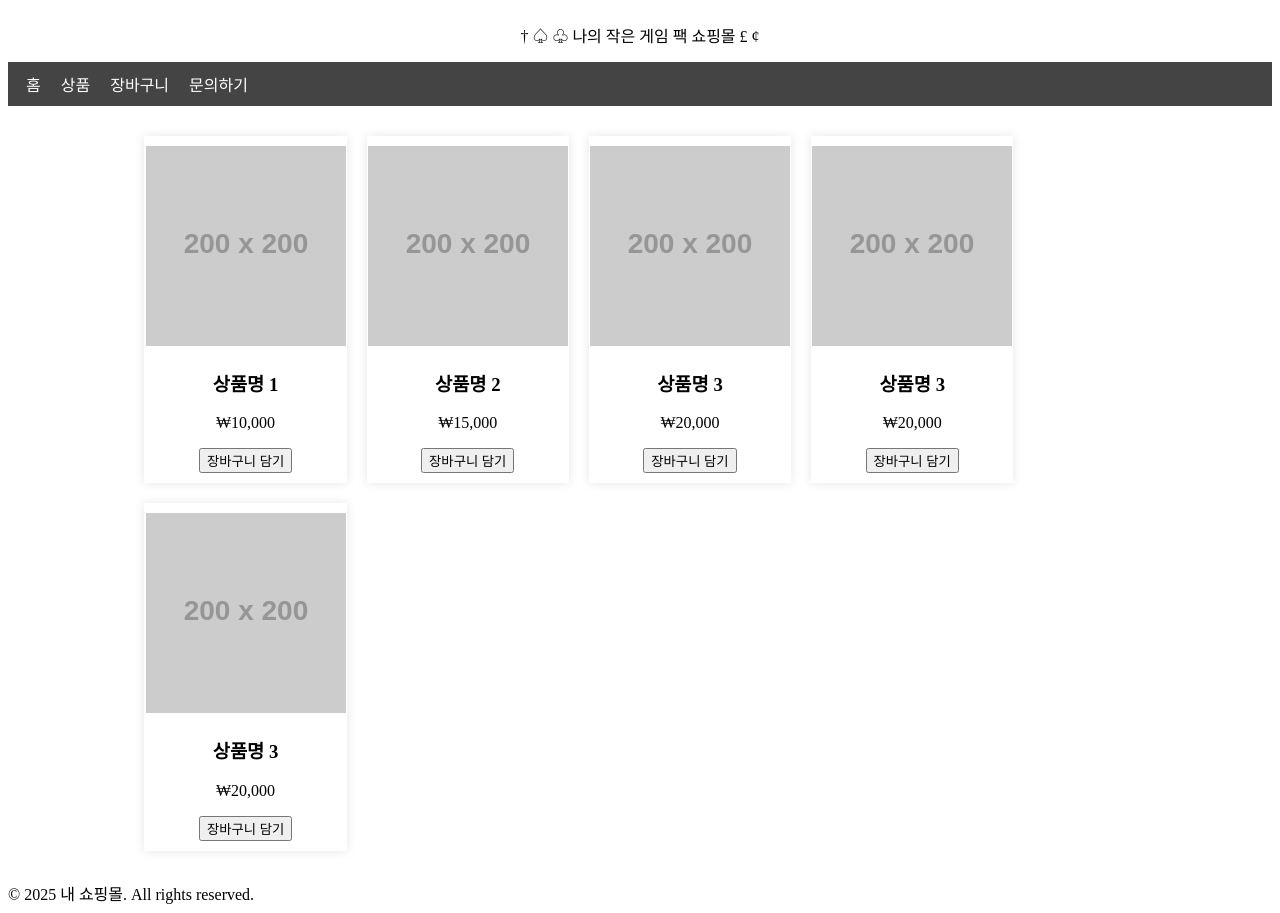
Repository: SeungYeon04/A_AssetsJSP
Page: http://localhost/JSP_Start01/
The author's editor kept a copy of each file at every save. The page is drawn from the files as they stood at one save, then again after the next save.
The browser window is 1280 px wide. The pictures show the whole page.
Some web fonts or font styles are not loaded; a fallback is used. The page is served by Tomcat 9.

Above is the page before, as saved 2025-03-11 06:01:01.

After the next save:
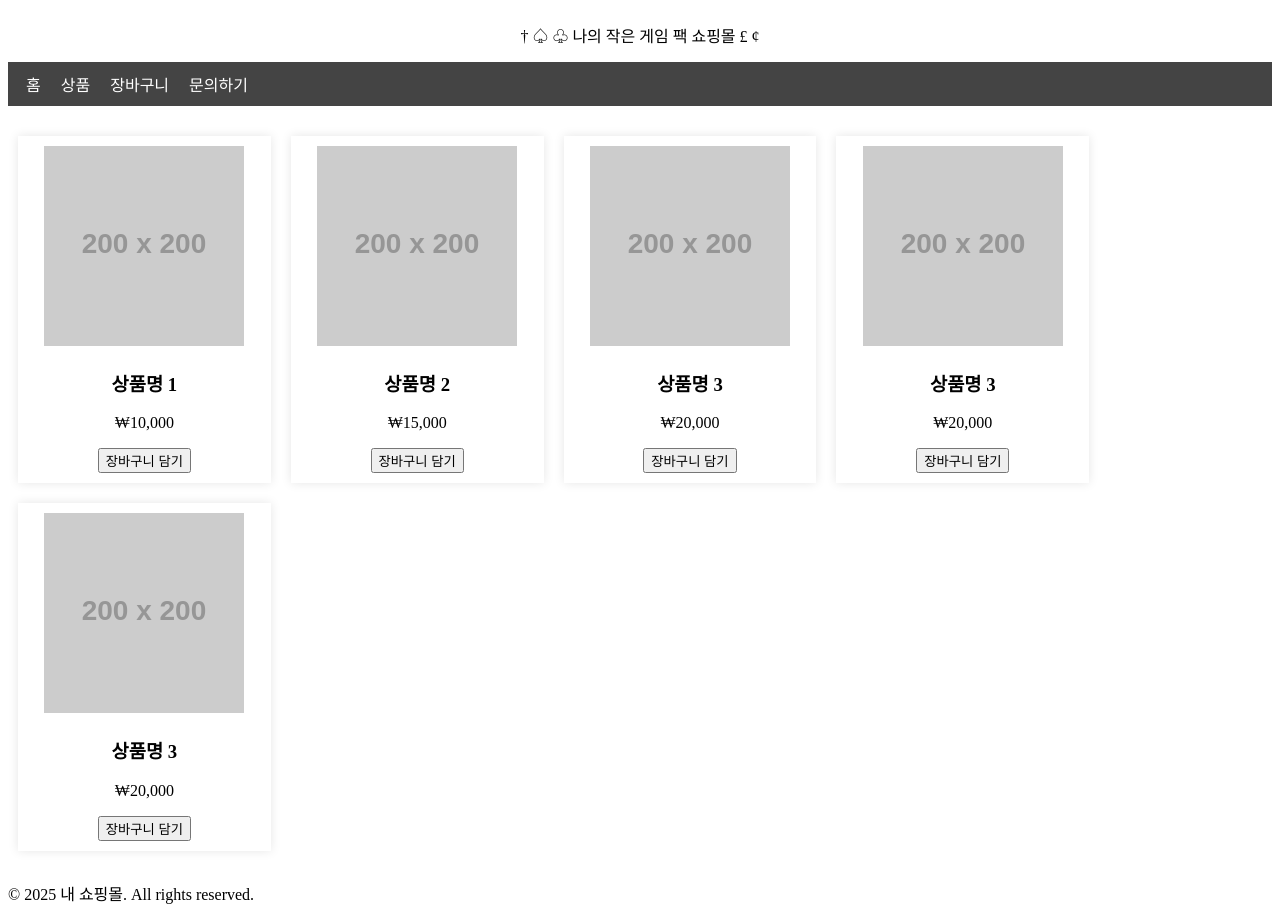
Saved 66 min 45 s later.
--- a/JSP_Start01/src/main/webapp/index.jsp
+++ b/JSP_Start01/src/main/webapp/index.jsp
@@ -91,7 +91,7 @@
 
 		/* 메인콘텐츠 */
 		.container {
-			width: 80%;
+			width: 100%;
 			margin: 20px auto;
 			display: flex;
 			flex-wrap: wrap;

After the save that followed:
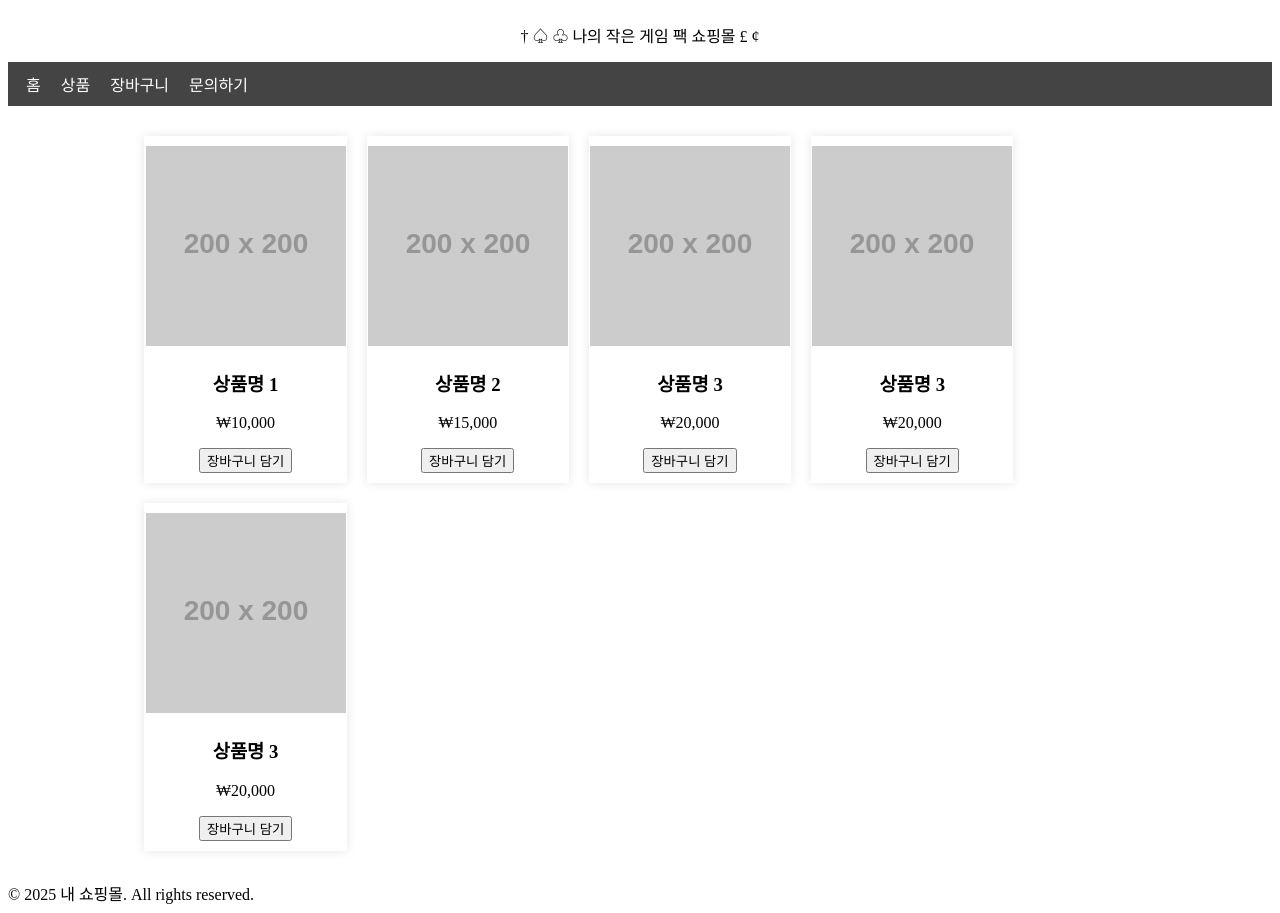
Saved 6 s later.
--- a/JSP_Start01/src/main/webapp/index.jsp
+++ b/JSP_Start01/src/main/webapp/index.jsp
@@ -91,7 +91,7 @@
 
 		/* 메인콘텐츠 */
 		.container {
-			width: 100%;
+			width: 80%;
 			margin: 20px auto;
 			display: flex;
 			flex-wrap: wrap;
